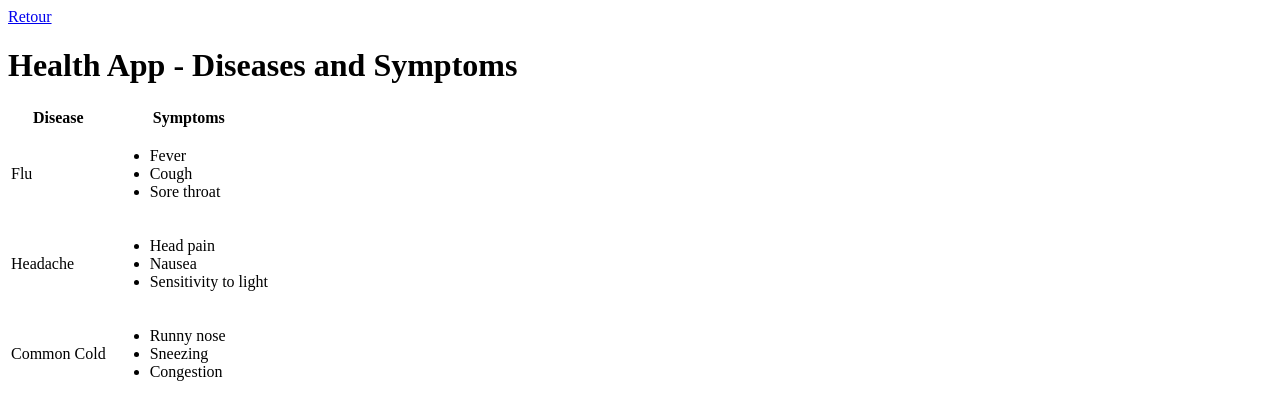
Repository: Sidel-malek/e-sbitar
Page: http://localhost/singup/
An editor plug-in stored every save of this project. The page is shown before and after the next save, followed by the edit.
The browser window is 1280 px wide. The pictures show the whole page.
The page is served by Tomcat 9.

Above is the page before, as saved 2023-06-03 01:09:30.

After the next save:
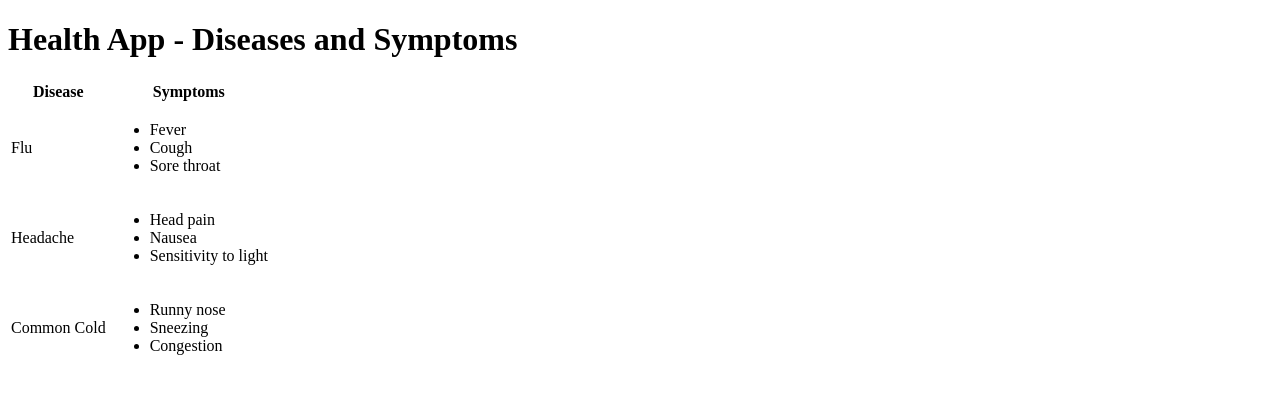
Saved 43 s later.
--- a/authentification/singup/src/main/webapp/index.jsp
+++ b/authentification/singup/src/main/webapp/index.jsp
@@ -29,7 +29,7 @@
 
     var userRole = "${ pageContext.request.getAttribute('role') }";
     if ( userRole !=='patient' ) {
-        document.getElementById("maladie-image").style.display = "block";
+        document.getElementById("maladie-image").style.display = "none";
     }
         // Sample data - diseases and symptoms
         var diseases = [

After the 2 saves that followed:
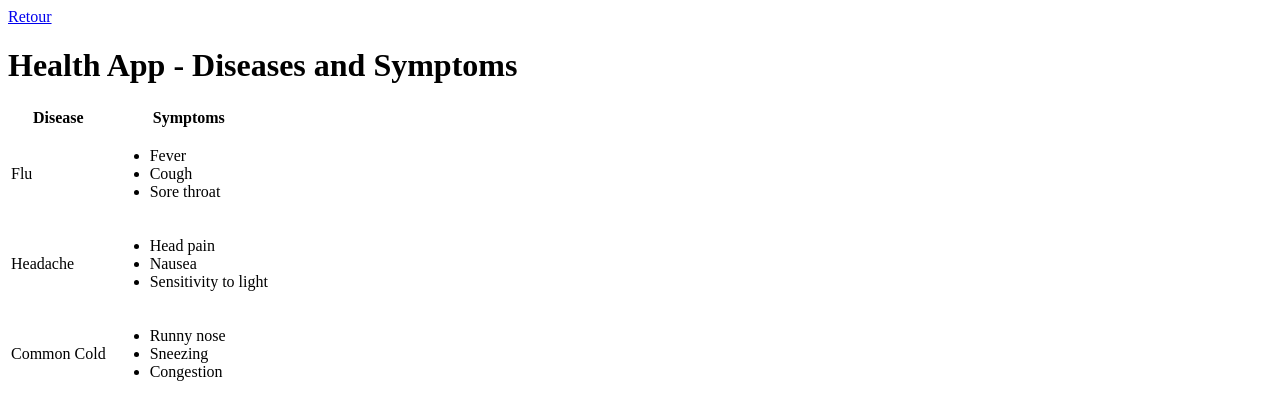
The 2 saves are shown as one change because 1 did not build or start.
The last was saved 2 min 44 s later.
--- a/authentification/singup/src/main/webapp/index.jsp
+++ b/authentification/singup/src/main/webapp/index.jsp
@@ -28,7 +28,7 @@
 
 
     var userRole = "${ pageContext.request.getAttribute('role') }";
-    if ( userRole !=='patient' ) {
+    if ( userRole === 'patient' ) {
         document.getElementById("maladie-image").style.display = "none";
     }
         // Sample data - diseases and symptoms
